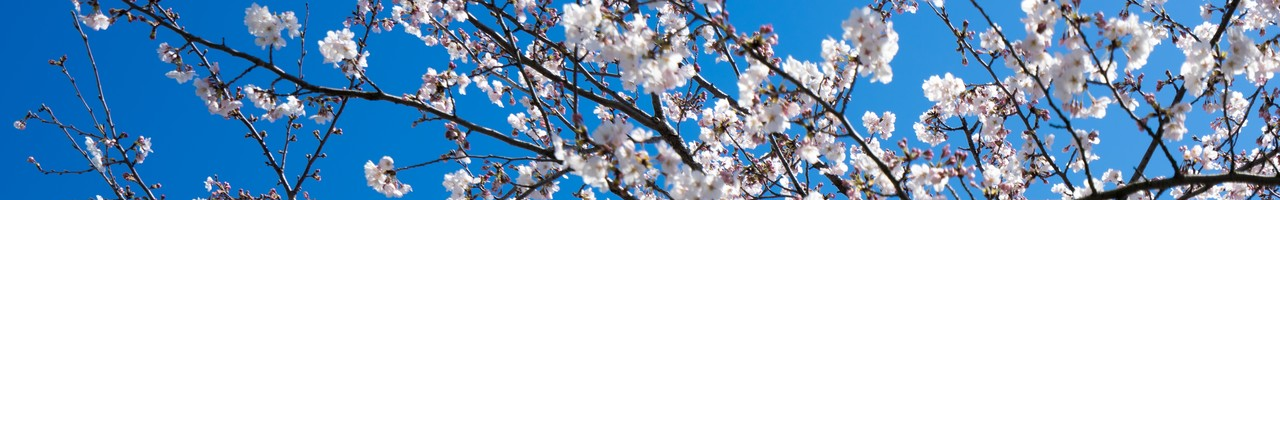
Repository: hayase-m/Webcamp
Page: chapter6/chapter6.html
The author's editor kept a record of every edit. The page is drawn from the files as they stood at one moment, then again after the next edit.
The browser window is 1280 px wide. The pictures show the whole page.

Above is the page before.

### chapter6/chapter6.html
<!DOCTYPE html>
<html lang="en">
<head>
  <meta charset="UTF-8">
  <link rel="stylesheet" href="style.css" type="text/css" />
  <title>Chapter6</title>
</head>
<body>
  <div class="image1"></div>
  <div class="image2"></div>
  <div class="image3"></div>
  <div class="image4"></div>
</body>
</html>

### chapter6/style.css
* {
  margin: 0;
  padding: 0;
  box-sizing: border-box;
}

.image1 {
  width: 100%;
  height: 200px;
  background-image: url(img/box1.jpg)
}

.image1 {
  width: 100%;
  height: 200px;
  background-image: url(img/box1.jpg)
}

.image1 {
  width: 100%;
  height: 200px;
  background-image: url(img/box1.jpg)
}

.image1 {
  width: 100%;
  height: 200px;
  background-image: url(img/box1.jpg)
}

After the next edit:
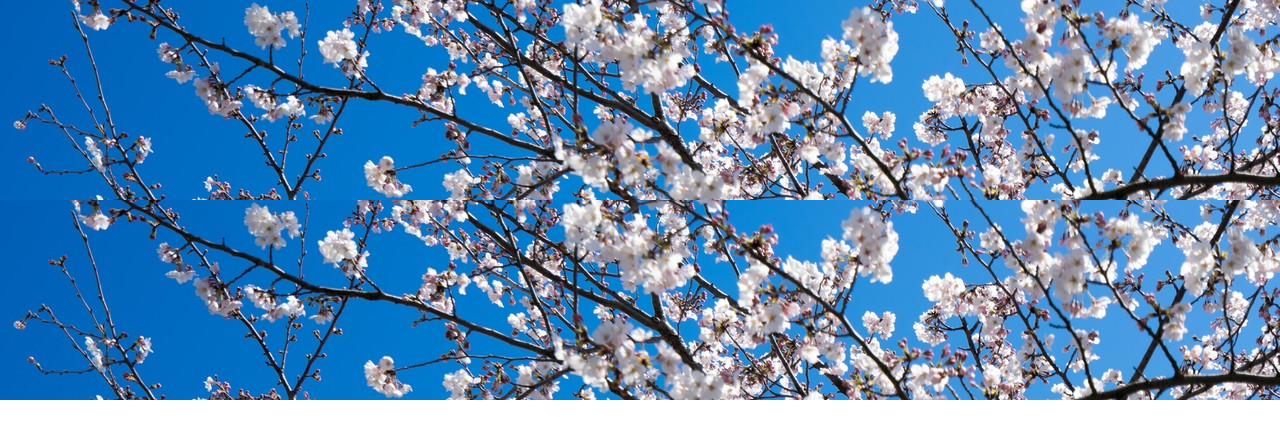
The edit:
--- a/chapter6/style.css
+++ b/chapter6/style.css
@@ -5,6 +5,12 @@
 }
 
 .image1 {
+  width: 100%;
+  height: 200px;
+  background-image: url(img/box1.jpg)
+}
+
+.image2 {
   width: 100%;
   height: 200px;
   background-image: url(img/box1.jpg)
@@ -21,9 +27,3 @@
   height: 200px;
   background-image: url(img/box1.jpg)
 }
-
-.image1 {
-  width: 100%;
-  height: 200px;
-  background-image: url(img/box1.jpg)
-}
